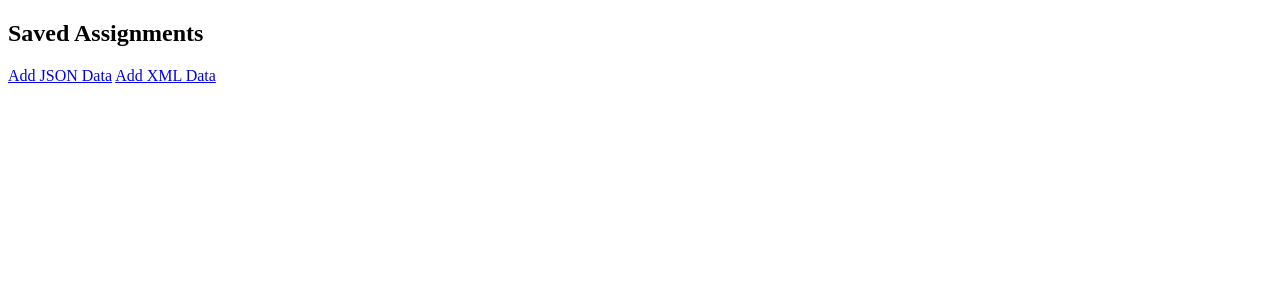
Repository: jmbburg26/ASD
Page: asdcouch/app/_attachments/assignment.html
The author's editor kept a copy of each file at every save. The page is drawn from the files as they stood at one save, then again after the next save.
The browser window is 1280 px wide. The pictures show the whole page.

Above is the page before, as saved 2013-05-02 06:02:49.

After the next save:
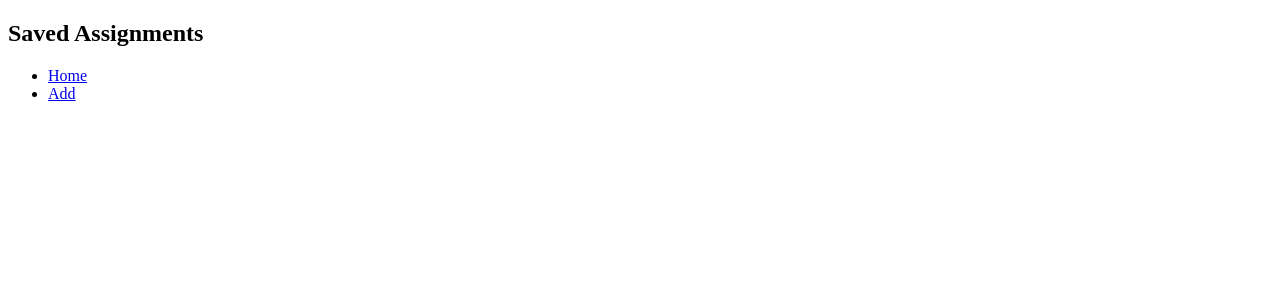
Saved 3 s later.
--- a/asdcouch/app/_attachments/assignment.html
+++ b/asdcouch/app/_attachments/assignment.html
@@ -2,7 +2,7 @@
 <html>
 	<head>
 		<meta charset="utf-8" />
-		<title>Saved Assignments</title>
+		<title>Saved Assignment</title>
 	</head>
 	<body>
 		<!--View Item Page-->
@@ -16,10 +16,14 @@
 				<ul id="savedlist" data-role="listview">
 				</ul>
 			</div>
-			<section>
-				<a href="#" data-role="button" data-icon="plus" data-iconpos="right">Add JSON Data</a>
-				<a href="#" data-role="button" data-icon="plus" data-iconpos="right">Add XML Data</a>
-			</section>
+			<div data-role="footer" data-position="fixed" data-id="home" data-theme="b">
+				<div data-role="navbar">
+					<ul>
+						<li><a href="#home" data-icon="home">Home</a></li>
+						<li><a href="#add" data-icon="plus">Add</a></li>
+					</ul>
+				</div>
+			</div>
 		</div>
 	</body>
 </html>
